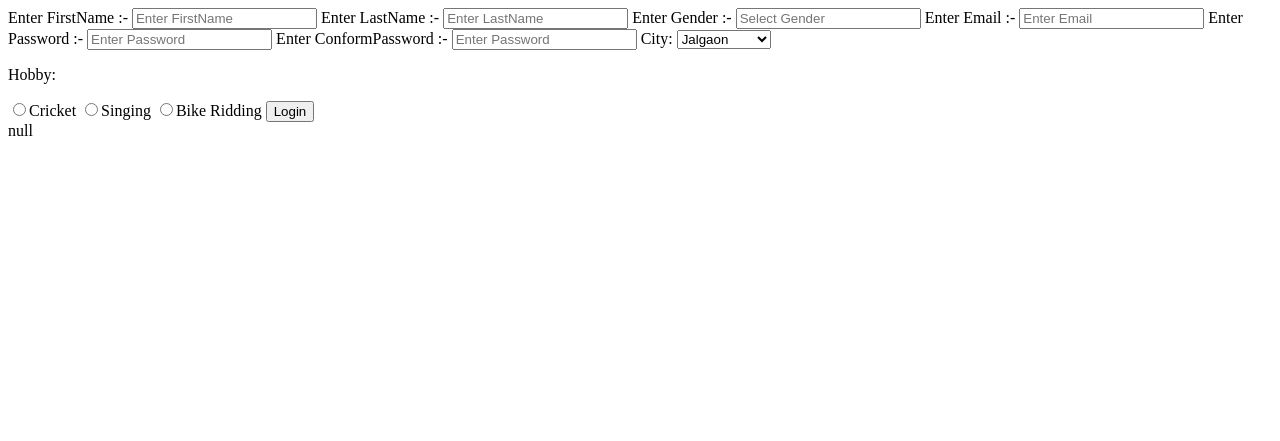
Repository: shzkhar/ISM_ADV_JAVA_23
Page: http://localhost/JSPRegiDemo/Regi.jsp
An editor plug-in stored every save of this project. The page is shown before and after the next save, followed by the edit.
The browser window is 1280 px wide. The pictures show the whole page.
The page is served by Tomcat 9. Other server files are loaded and not shown.

Above is the page before, as saved 2023-04-02 12:46:29.

### JSPRegiDemo/src/main/webapp/Regi.jsp
<%@ page language="java" contentType="text/html; charset=ISO-8859-1"
    pageEncoding="ISO-8859-1"%>
<!DOCTYPE html>
<html>
<head>
<meta charset="ISO-8859-1">
<title>Insert title here</title>
</head>
<body>
    <form action="Registration" method="post">

            Enter FirstName :- <input type="text" name="firstname" placeholder="Enter FirstName"/>
            Enter LastName :- <input type="text" name="lastname" placeholder="Enter LastName"/>
            Enter Gender :- <input type="text" name="gender" placeholder="Select Gender"/>
            Enter Email :- <input type="text" name="email" placeholder="Enter Email"/>
            Enter Password :- <input type="password" name="pass" placeholder="Enter Password"/>
            Enter ConformPassword :- <input type="password" name="cnfpass" placeholder="Enter Password"/>

            <label for="City">City:</label>
                  <select id="city" name="city">
                      <option value="Jalgaon">Jalgaon</option>
                      <option value="Pune">Pune</option>
                      <option value="Mumbai">Mumbai</option>
                      <option value="Ahmedabad">Ahmedabad</option>
                   </select>


           <p>Hobby:</p>
  <input type="radio" id="hobbi1" name="hobbi" value="Cricket">Cricket

  <input type="radio" id="hobbi2" name="hobbi" value="Singing">Singing

  <input type="radio" id="hobbi3" name="hobbi" value="Bike Ridding">Bike Ridding



        <input type="submit" value="Login">

    </form>
    <% String str = (String)request.getAttribute("error"); %>
    <%= str %>
</body>
</html>

After the next save:
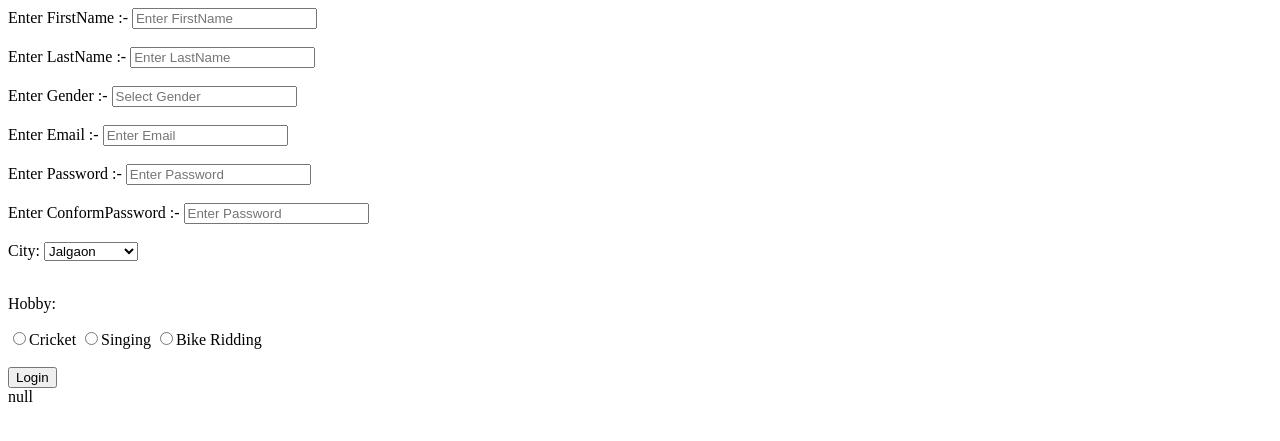
Saved 3 min 26 s later.
--- a/JSPRegiDemo/src/main/webapp/Regi.jsp
+++ b/JSPRegiDemo/src/main/webapp/Regi.jsp
@@ -9,12 +9,12 @@
 <body>
     <form action="Registration" method="post">
 
-            Enter FirstName :- <input type="text" name="firstname" placeholder="Enter FirstName"/>
-            Enter LastName :- <input type="text" name="lastname" placeholder="Enter LastName"/>
-            Enter Gender :- <input type="text" name="gender" placeholder="Select Gender"/>
-            Enter Email :- <input type="text" name="email" placeholder="Enter Email"/>
-            Enter Password :- <input type="password" name="pass" placeholder="Enter Password"/>
-            Enter ConformPassword :- <input type="password" name="cnfpass" placeholder="Enter Password"/>
+            Enter FirstName :- <input type="text" name="firstname" placeholder="Enter FirstName"/><br><br>
+            Enter LastName :- <input type="text" name="lastname" placeholder="Enter LastName"/><br><br>
+            Enter Gender :- <input type="text" name="gender" placeholder="Select Gender"/> <br><br>
+            Enter Email :- <input type="text" name="email" placeholder="Enter Email"/><br><br>
+            Enter Password :- <input type="password" name="pass" placeholder="Enter Password"/><br><br>
+            Enter ConformPassword :- <input type="password" name="cnfpass" placeholder="Enter Password"/><br><br>
 
             <label for="City">City:</label>
                   <select id="city" name="city">
@@ -22,7 +22,7 @@
                       <option value="Pune">Pune</option>
                       <option value="Mumbai">Mumbai</option>
                       <option value="Ahmedabad">Ahmedabad</option>
-                   </select>
+                   </select><br><br>
 
 
            <p>Hobby:</p>
@@ -32,7 +32,7 @@
 
   <input type="radio" id="hobbi3" name="hobbi" value="Bike Ridding">Bike Ridding
 
-
+<br><br>
 
         <input type="submit" value="Login">
 
